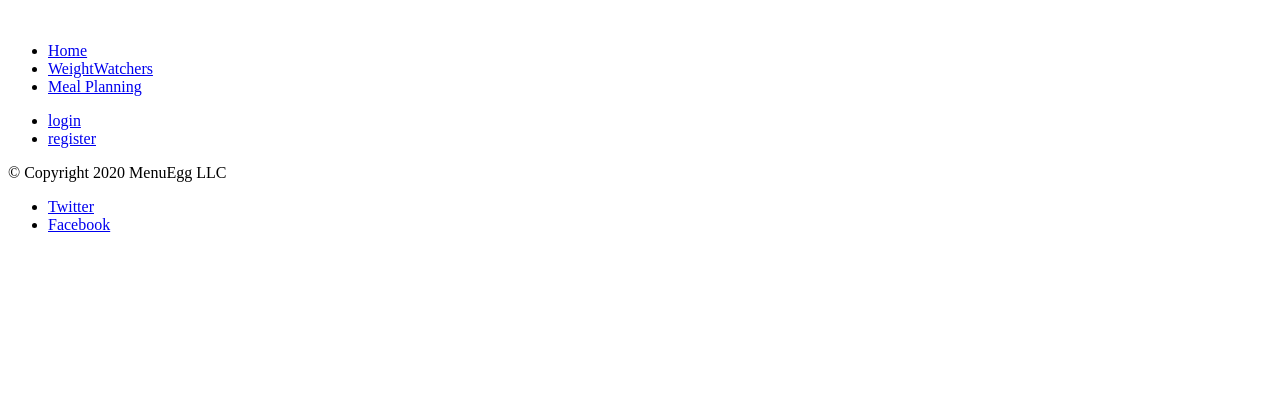
Repository: RobinKite/MenuEgg-test-site
Page: src/index.html
These files come from the project's save history. The page is drawn as it stood at one moment and after the next save; the edit follows.
The browser window is 1280 px wide. The pictures show the whole page.

Above is the page before, as saved 2020-09-16 05:35:06.

### src/index.html
<!DOCTYPE html>
<html lang="en">

<head>
    <meta charset="UTF-8" />
    <meta name="viewport" content="width=device-width, initial-scale=1.0" />
    <meta http-equiv="X-UA-Compatible" content="ie=edge" />
    <title>MenuEgg - Treat Your Tastebuds</title>
</head>

<body>
    <header>
        <nav>
            <a href="#">
                <img src="" alt="">
            </a>

            <ul>
                <li><a href="#">Home</a></li>
                <li><a href="#">WeightWatchers</a></li>
                <li><a href="#">Meal Planning</a></li>
            </ul>

            <ul>
                <li><a href="#">login</a></li>
                <li><a href="#">register</a></li>
            </ul>
        </nav>
    </header>



    <footer>
        <span>&#169; Copyright 2020 MenuEgg LLC</span>

        <ul>
            <li><a href="#">Twitter</a></li>
            <li><a href="#">Facebook</a></li>
        </ul>
    </footer>
</body>

</html>

After the next save:
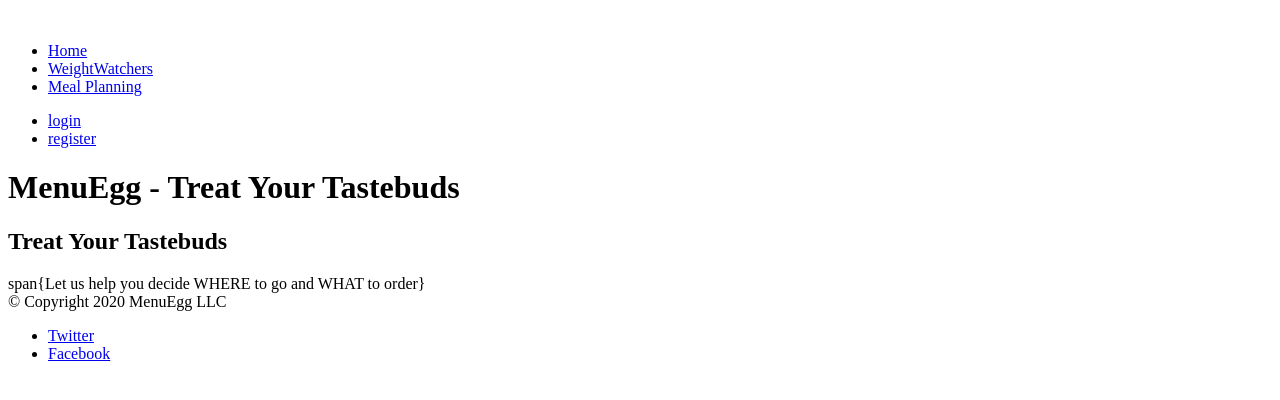
Saved 3 min 15 s later.
--- a/src/index.html
+++ b/src/index.html
@@ -28,7 +28,41 @@
         </nav>
     </header>
 
+    <main>
+        <h1>MenuEgg - Treat Your Tastebuds</h1>
 
+        <section>
+            <h2>Treat Your Tastebuds</h2>
+            span{Let us help you decide WHERE to go and WHAT to order}
+        </section>
+        <section>
+
+        </section>
+        <section>
+
+        </section>
+        <section>
+
+        </section>
+        <section>
+
+        </section>
+        <section>
+
+        </section>
+        <section>
+
+        </section>
+        <section>
+
+        </section>
+        <section>
+
+        </section>
+        <section>
+
+        </section>
+    </main>
 
     <footer>
         <span>&#169; Copyright 2020 MenuEgg LLC</span>
